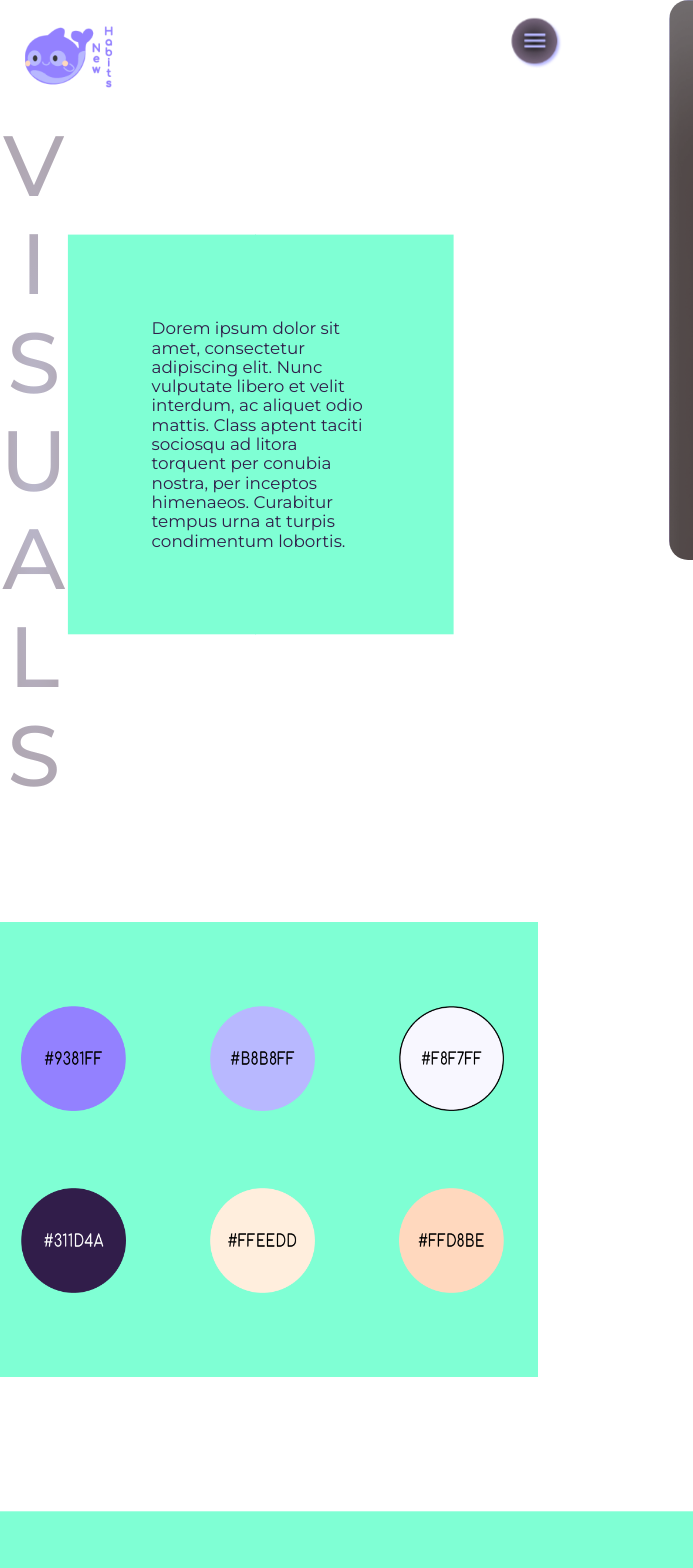
Repository: sierralaurent/Styleguide-Big_Project
Page: visuals.html
An editor plug-in stored every save of this project. The page is shown before and after the next save, followed by the edit.
The browser window is 768 px wide. The page is 990 px wide, so the pictures cover 990 px, including what lies to the right of the window. The pictures show the part of the page from y = 0 to 2240 px (the page is 3217 px tall before and 3697 px after), at 70% of full size.
Some web fonts or font styles are not loaded; a fallback is used.

Above is the page before, as saved 2023-03-11 11:55:07.

After the next save:
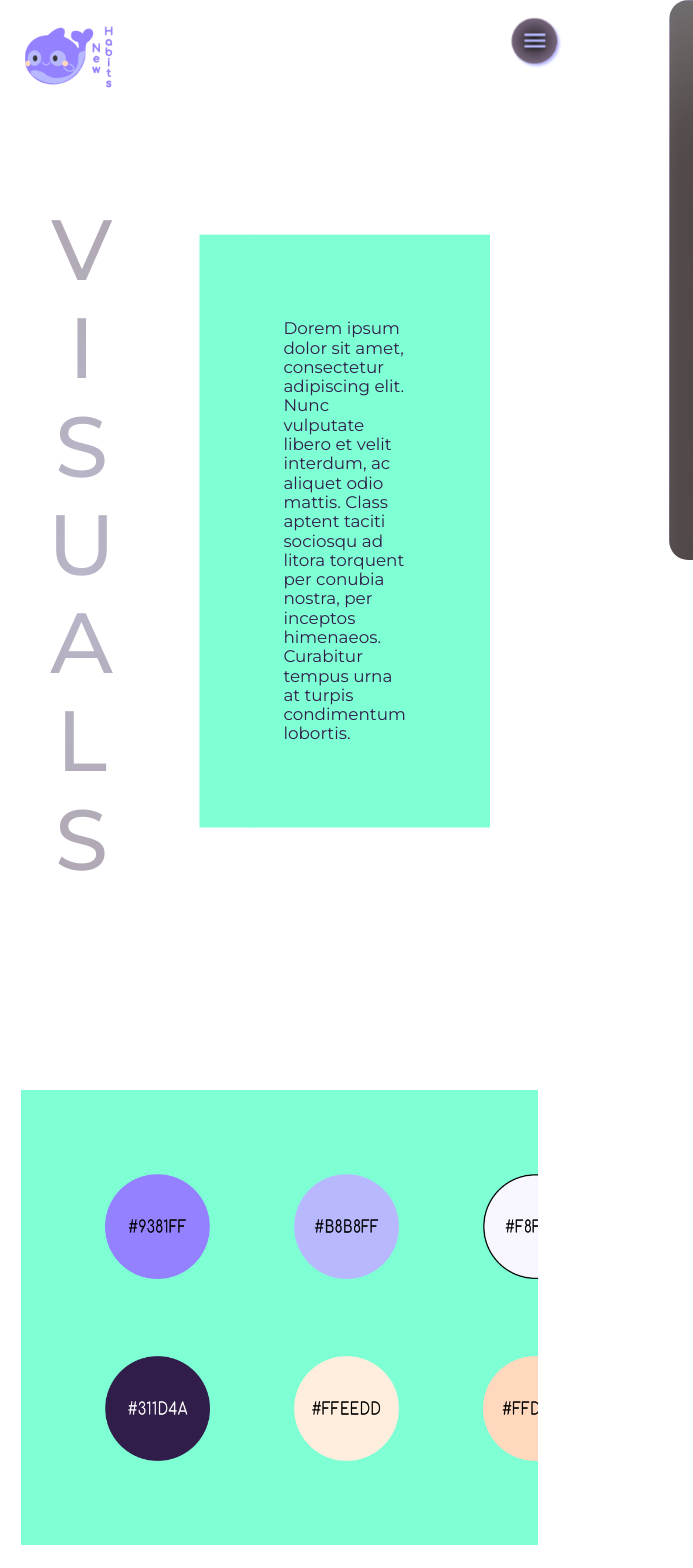
Saved 92 s later.
--- a/visuals.css
+++ b/visuals.css
@@ -217,14 +217,17 @@
       margin-bottom: 1rem;
     }
     .home-container3 {
-
+      width: 100%;
     }
     .home-text03 {
-
+      width: auto;
+      margin: 3rem;
+      padding: 2rem;
     }
     .home-text17 {
+      width: 40rem;
       margin-top: 7rem;
-
+      text-align: left;
       margin-right: 5rem;
     }
     .home-container4 {
@@ -232,7 +235,8 @@
       justify-content: center;
     }
     .home-container5 {
-
+      width: auto;
+      height: auto;
       align-items: center;
       justify-content: center;
     }
@@ -247,17 +251,13 @@
       width: 100%;
       margin-bottom: 15rem;
     }
-    .home-text19 {
-      width: 15rem;
-      text-transform: none;
-    }
-    .home-elijah {
+    .home-olivia {
       width: 20rem;
       height: auto;
       align-items: center;
       justify-content: center;
     }
-    .home-elijah-text {
+    .home-olivia-text {
       width: auto;
       font-size: 46px;
       font-family: Montserrat;
@@ -267,9 +267,45 @@
       text-transform: none;
       text-decoration: none;
     }
+    .home-text19 {
+      width: 15rem;
+      text-transform: none;
+    }
+    .home-elijah {
+      width: 20rem;
+      height: auto;
+      align-items: center;
+      justify-content: center;
+    }
+    .home-elijah-text {
+      width: auto;
+      font-size: 46px;
+      font-family: Montserrat;
+      font-weight: 500;
+      line-height: 1.15;
+      margin-bottom: 2rem;
+      text-transform: none;
+      text-decoration: none;
+    }
     .home-text20 {
       width: 15rem;
       text-transform: none;
+    }
+    .home-sierra {
+      width: 20rem;
+      height: auto;
+      align-items: center;
+      justify-content: center;
+    }
+    .home-sierra-text {
+      width: auto;
+      font-size: 46px;
+      font-family: Montserrat;
+      font-weight: 500;
+      line-height: 1.15;
+      margin-bottom: 2rem;
+      text-transform: none;
+      text-decoration: none;
     }
     .home-text21 {
       margin-bottom: 2rem;
@@ -288,6 +324,14 @@
     .home-container6 {
       align-items: center;
     }
+    .home-olivia {
+      width: 15rem;
+      margin-left: 1rem;
+      margin-right: 1rem;
+    }
+    .home-olivia-text {
+      width: auto;
+    }
     .home-text19 {
       width: 12rem;
     }
@@ -296,8 +340,18 @@
       margin-left: 1rem;
       margin-right: 1rem;
     }
+    .home-elijah-text {
+      width: auto;
+    }
     .home-text20 {
       width: 12rem;
+    }
+    .home-sierra {
+      width: 15rem;
+      margin-left: 1rem;
+    }
+    .home-sierra-text {
+      width: auto;
     }
     .home-text23 {
       width: 12rem;
@@ -316,6 +370,13 @@
       align-items: center;
       flex-direction: column;
     }
+    .home-olivia {
+      width: 20rem;
+      margin-bottom: 3rem;
+    }
+    .home-olivia-text {
+      width: auto;
+    }
     .home-text19 {
       width: auto;
     }
@@ -323,11 +384,17 @@
       width: 20rem;
       margin-bottom: 3rem;
     }
+    .home-elijah-text {
+      width: auto;
+    }
     .home-text20 {
       width: auto;
     }
     .home-sierra {
       width: 20rem;
+    }
+    .home-sierra-text {
+      width: auto;
     }
     .home-text23 {
       width: 100%;
